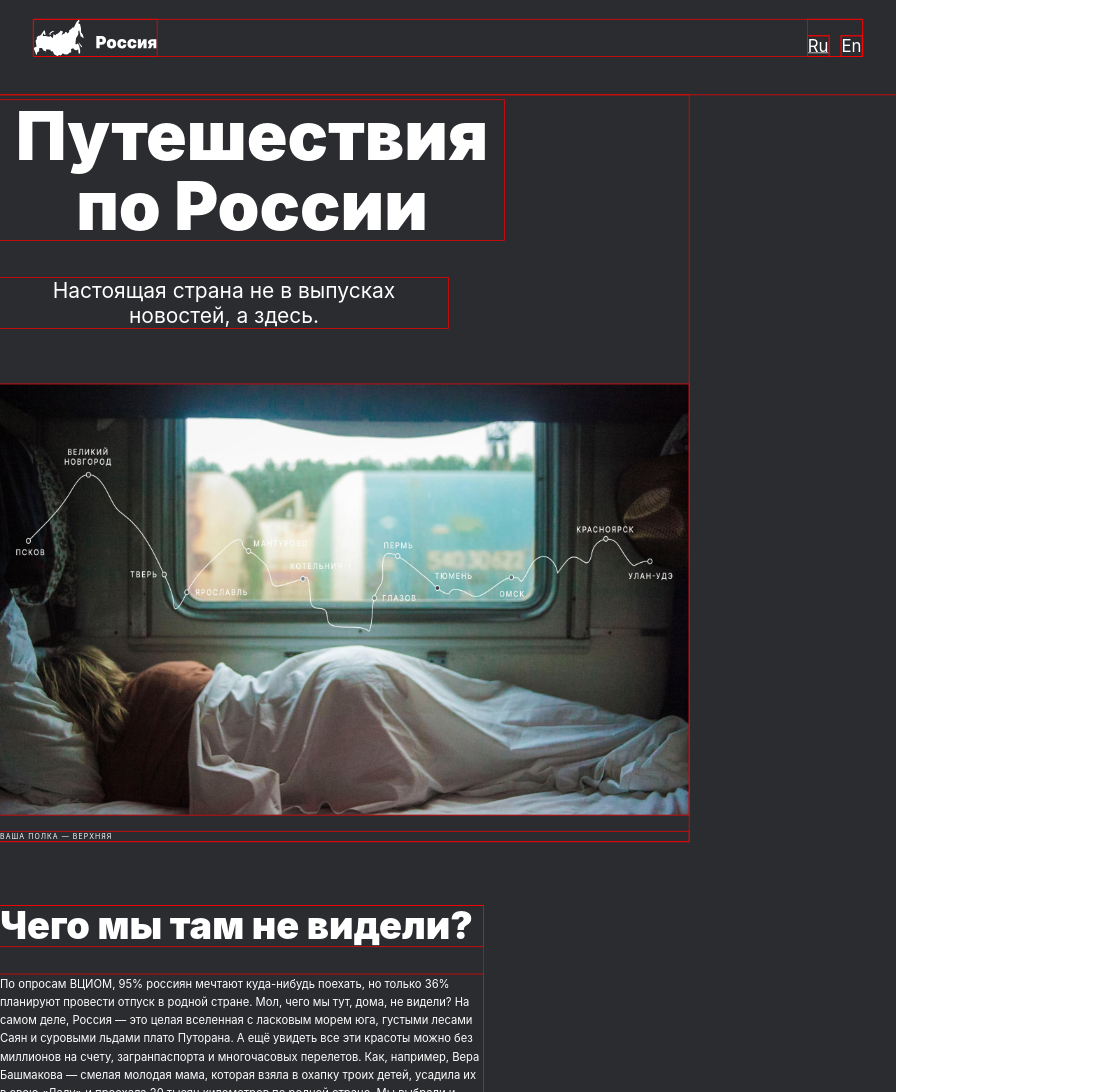
Repository: 89373611988/russia-travel
Page: index.html
An editor plug-in stored every save of this project. The page is shown before and after a run of saves, followed by the edit.
The browser window is 1280 px wide. The page is 1280 px wide, then 1584 px, so the pictures cover 1584 px, including what lies to the right of the window. The pictures show the part of the page from y = 0 to 1560 px (the page is 13418 px tall before and 13023 px after), at 70% of full size.
Some web fonts or font styles are not loaded; a fallback is used.

Above is the page before, as saved 2021-12-18 21:14:23.

### index.html
<!DOCTYPE html>
<html lang="ru">
  <head>
    <meta charset="UTF-8" />
    <meta name="viewport" content="width=device-width, initial-scale=1">
    <title>Путешествия по России</title>
    <link rel="stylesheet" href="pages/index.css" />
  </head>
  <body>
    <div class="page">
      <header class="header page__header">
        <img src="./images/header-logo.svg" alt="" class="header__logo">
        <ul class="header__list">
          <li class="header__item">
            <a href="#" target="_blank" class="header__lang-link">Ru</a>
          </li>
          <li class="header__item">
            <a href="#" target="_blank" class="header__lang-link">En</a>
          </li>
        </ul>
      </header>
      <main class="content">
        <section class="lead">
          <h1 class="lead__title">Путешествия по России</h1>
          <p class="lead__subtitle">Настоящая страна не в выпусках новостей, а здесь.</p>
          <img src="./images/lead-polka.jpg" alt="Отдых в вагоне" class="lead__image">
          <p class="lead__caption">ваша полка — верхняя</p>
        </section>

        <section class="intro page__intro">
          <h2 class="intro__title">Чего мы там не видели?</h2>
          <p class="intro__text">По опросам ВЦИОМ, 95% россиян мечтают куда-нибудь поехать, но только 36% планируют провести отпуск в родной стране. Мол, чего мы тут, дома, не видели? На самом деле, Россия — это целая вселенная с ласковым морем юга, густыми лесами Саян и суровыми льдами плато Путорана. А ещё увидеть все эти красоты можно без миллионов на счету, загранпаспорта и многочасовых перелетов. Как, например, Вера Башмакова — смелая молодая мама, которая взяла в охапку троих детей, усадила их в свою «Ладу» и проехала 20 тысяч километров по родной стране. Мы выбрали и описали некоторые интересные места, достойные вашего отпуска.</p>
          <ul class="intro__list">
            <li class="intro__item">Часовых поясов
              <span class="intro__number">11</span>
            </li>
            <li class="intro__item">Объектов природного наследия ЮНЕСКО
              <span class="intro__number">12</span>
            </li>
            <li class="intro__item">Объектов культурного наследия ЮНЕСКО
              <span class="intro__number">16</span>
            </li>
            <li class="intro__item">Природных заповедников
              <span class="intro__number">105</span>
            </li>
            <li class="intro__item">Аэропортов
              <span class="intro__number">241</span>
            </li>
          </ul>
        </section>

        <section class="photo-grid">
          <img src="./images/photo-grid-train.jpg" alt="Вид из окна вагона" class="photo-grid__item">
          <img src="./images/photo-grid-atharva-tulsi.jpg" alt="Облака в горах" class="photo-grid__item">
          <img src="./images/photo-grid-tuman.jpg" alt="Собака на сене" class="photo-grid__item">
          <img src="./images/photo-grid-sochi.jpg" alt="Туман в горах" class="photo-grid__item">
          <img src="./images/photo-grid-arisa.jpg" alt="Машина на льду" class="photo-grid__item">
          <img src="./images/photo-grid-baikal.jpg" alt="Берег Байкала" class="photo-grid__item">
          <img src="./images/photo-grid-elbrus.jpg" alt="Гора Эльбрус" class="photo-grid__item">
          <img src="./images/photo-grid-kondratiev.jpg" alt="Пешеходный переход" class="photo-grid__item">
          <img src="./images/photo-grid-kamchatka-1.jpg" alt="Горный барельеф на Камчатке" class="photo-grid__item">
          <img src="./images/photo-grid-kamchatka-2.jpg" alt="Камчатка Гора" class="photo-grid__item">
          <img src="./images/photo-grid-baikal-2.jpg" alt="Горный берг Байкала" class="photo-grid__item">
          <img src="./images/photo-grid-ergaki.jpg" alt="Горы в тумане" class="photo-grid__item">
        </section>
      </main>

      <footer class="footer">
        <ul class="footer__list">
          <li class="footer__item">
            <a href="https://yandex.ru/maps" class="footer__link">Карты</a>
          </li>
          <li class="footer__item">
            <a href="https://yandex.ru/pogoda" class="footer__link">Погода</a>
          </li>
          <li class="footer__item">
            <a href="https://rasp.yandex.ru" class="footer__link">Расписание</a>
          </li>
          <li class="footer__item">
            <a href="https://calendar.yandex.ru" class="footer__link">Календарь</a>
          </li>
          <li class="footer__item">
            <a href="https://travel.yandex.ru" class="footer__link">Путешествия</a>
          </li>
        </ul>
        <p class="footer__copyright">&copy; 2021. Эльвира Киямова</p>
      </footer>

    </div>
  </body>
</html>

### pages/index.css
@import url("../styles/normalize.css");

@import url("../blocks/page/page.css");
@import url("../blocks/page/__header/page__header.css");
@import url("../blocks/page/__intro/page__intro.css");

@import url("../blocks/header/header.css");
@import url("../blocks/header/__logo/header__logo.css");
@import url("../blocks/header/__list/header__list.css");
@import url("../blocks/header/__item/header__item.css");
@import url("../blocks/header/__lang-link/header__lang-link.css");

@import url("../blocks/content/content.css");

@import url("../blocks/lead/lead.css");
@import url("../blocks/lead/__title/lead__title.css");
@import url("../blocks/lead/__subtitle/lead__subtitle.css");
@import url("../blocks/lead/__image/lead__image.css");
@import url("../blocks/lead/__caption/lead__caption.css");

@import url("../blocks/intro/intro.css");
@import url("../blocks/intro/__title/intro__title.css");
@import url("../blocks/intro/__text/intro__text.css");
@import url("../blocks/intro/__list/intro__list.css");
@import url("../blocks/intro/__item/intro__item.css");
@import url("../blocks/intro/__number/intro__number.css");

@import url("../blocks/photo-grid/photo-grid.css");
@import url("../blocks/photo-grid/__item/photo-grid__item.css");

@import url("../blocks/footer/footer.css");
@import url("../blocks/footer/__list/footer__list.css");
@import url("../blocks/footer/__item/footer__item.css");
@import url("../blocks/footer/__link/footer__link.css");
@import url("../blocks/footer/__copyight/footer__copyight.css");

@import url("../fonts/Inter\ Web");

### blocks/page/page.css
* {
  outline-width: 1px;
  outline-style: solid;
  outline-color: red;
}

.page {
  color: #ffffff;
  background-color: #2a2c2f;
  font-family: "Inter";
  font-style: normal;
  padding: 28px 0 24px;
  -moz-osx-font-smoothing: grayscale;
  -webkit-font-smoothing: antialiased;
  -webkit-text-size-adjust: 100%;
  -ms-text-size-adjust: 100%;
  -moz-text-size-adjust: 100%;
  text-rendering: optimizeLegibility;
  display: flex;
  flex-direction: column;
  align-items: center;
}

### blocks/page/__header/page__header.css
.page__header {
  margin-bottom: 56px;
}

### blocks/page/__intro/page__intro.css
.page__intro {
  margin: 92px 0;
}

### blocks/header/header.css
.header {
  display: flex;
  flex-direction: row;
  justify-content: space-between;
  width: 1184px;
}

@media (max-width: 1200px) {
  .header {
    width: 928px;
  }
}

@media (max-width: 940px) {
  .header {
    width: 720px;
  }
}

@media (max-width: 768px) {
  .header {
    width: 720px;
  }
}

@media (max-width: 730px) {
  .header {
    width: 600px;
  }
}

@media (max-width: 640px) {
  .header {
    width: 500px;
  }
}

@media (max-width: 540px) {
  .header {
    width: 400px;
  }
}

@media (max-width: 440px) {
  .header {
    width: 300px;
  }
}

@media (max-width: 320px) {
  .header {
    width: 288px;
  }
}

### blocks/header/__logo/header__logo.css
.header__logo {
  width: 176px;
  height: 52px;
}

@media (max-width: 500px) {
  .header__logo {
    width: 142px;
    height: 42px;
  }
}

### blocks/header/__list/header__list.css
.header__list {
  display: flex;
  flex-direction: row;
  align-items: flex-end;
  padding: 0;
  margin: 0;
}

### blocks/header/__item/header__item.css
.header__item {
  list-style-type: none;
  width: 30px;
  height: 28px;
}

.header__item:first-child {
  margin-right: 18px;
  text-decoration: underline;
}

### blocks/header/__lang-link/header__lang-link.css
.header__lang-link {
  font-size: 24px;
  line-height: 28px;
  color: #fff;
  text-decoration: none;
}

@media (max-width: 500px) {
  .header__lang-link {
    font-size: 18px;
    line-height: 20px;
  }
}

### blocks/content/content.css
@media (max-width: 320px) {
  .content {
    max-width: 320px;
  }
}

### blocks/lead/lead.css
.lead {
  display: flex;
  flex-direction: column;
  align-items: center;
}

@media (max-width: 1280px) {
  .lead {
    max-width: 984px;
  }
}

@media (max-width: 1100px) {
  .lead {
    margin: 0 48px;
    max-width: 928px;
  }
}

@media (max-width: 330px) {
  .lead {
    max-width: 320px;
  }
}

@media (max-width: 1024px) {
  .lead {
    margin: 0 48px;
    max-width: 768px;
}
}

@media (max-width: 850px) {
  .lead {
    margin: 0 auto;
    max-width: 768px;
  }
}

@media (max-width: 350px) {
  .lead {
    margin: 0;
  }
}

### blocks/lead/__title/lead__title.css
.lead__title {
  font-weight: 900;
  font-size: 96px;
  line-height: 100px;
  max-width: 720px;
  text-align: center;
  align-self: center;
  margin: 0;
}

@media (max-width: 768px) {
  .lead__title {
    font-size: 70px;
    line-height: 80px;
    max-width: 500px;
  }
}

@media (max-width: 520px) {
  .lead__title {
    font-size: 50px;
    line-height: 70px;
    max-width: 400px;
  }
}

@media (max-width: 440px) {
  .lead__title {
    font-size: 45px;
    line-height: 50px;
    max-width: 330px;
  }
}

@media (max-width: 320px) {
  .lead__title {
    font-size: 40px;
    line-height: 44px;
    max-width: 288px;
  }
}

### blocks/lead/__subtitle/lead__subtitle.css
.lead__subtitle {
  font-size: 30px;
  line-height: 36px;
  align-self: center;
  margin: 32px 0 64px;
  max-width: 640px;
  text-align: center;
}

@media (max-width: 680px) {
  .lead__subtitle {
    font-size: 28px;
    line-height: 30px;
    max-width: 550px;
  }
}

@media (max-width: 575px) {
  .lead__subtitle {
    font-size: 25px;
    line-height: 30px;
    max-width: 400px;
  }
}

@media (max-width: 430px) {
  .lead__subtitle {
    font-size: 18px;
    line-height: 25px;
    max-width: 300px;
  }
}

@media (max-width: 320px) {
  .lead__subtitle {
    font-size: 16px;
    line-height: 20px;
    max-width: 288px;
  }
}

### blocks/lead/__image/lead__image.css
.lead__image {
  max-width: 984px;
  max-height: 615px;
  margin: 0 auto;
}

@media (max-width: 1100px) {
  .lead__image {
    margin: 0 48px;
    width: 100%;
  }
}

@media (max-width: 1024px) {
  .lead__image {
    margin: 0 48px;
    max-width: 768px;
  }
}

@media (max-width: 850px) {
  .lead__image {
    margin: 0;
    width: 100%;
  }
}

@media (max-width: 320px) {
  .lead__image {
    max-width: 320px;
  }
}

### blocks/lead/__caption/lead__caption.css
.lead__caption {
  font-size: 10px;
  line-height: 14px;
  letter-spacing: 1.5px;
  margin: 8px 0 0;
  text-transform: uppercase;
  align-self: flex-start;
}

@media (max-width: 768px) {
  .lead__caption {
    margin-left: 24px;
  }
}

@media (max-width: 330px) {
  .photo-grid {
    max-width: 320px;
    margin-left: 16px;
  }
}

### blocks/intro/intro.css
.intro {
  max-width: 690px;
}

@media (max-width: 1024px) {
  .intro {
    margin-left: 48px;
  }
}

@media (max-width: 768px) {
  .intro {
    max-width: 720px;
    margin-left: 24px;
    margin-right: 24px;
  }
}

@media (max-width: 320px) {
  .intro {
    max-width: 288px;
    margin-left: 16px;
    margin-right: 16px;
  }
}

### blocks/intro/__title/intro__title.css
.intro__title {
  margin: 0;
  font-weight: 900;
  font-size: 54px;
  line-height: 58px;
}

@media (max-width: 768px) {
  .intro__title {
    font-size: 40px;
    line-height: 40px;
  }
}

@media (max-width: 400px) {
  .intro__title {
    font-size: 32px;
    line-height: 35px;
  }
}

### blocks/intro/__text/intro__text.css
.intro__text {
  font-size: 16px;
  line-height: 163%;
  margin: 40px 0 33px;
}

### blocks/intro/__list/intro__list.css
.intro__list {
  margin: 0;
  padding: 0;
  font-weight: bold;
  font-size: 12px;
  line-height: 18px;
}

### blocks/intro/__item/intro__item.css
.intro__item {
  list-style-type: none;
}

### blocks/intro/__number/intro__number.css
.intro__number {
  font-weight: normal;
}

### blocks/photo-grid/photo-grid.css
.lead {
  display: grid;
  grid-template-columns: repeat(4(284px, 1fr));
  grid-template-rows: repeat(auto-fit, minmax(213px, 1fr));
  gap: 16px;
}

### blocks/photo-grid/__item/photo-grid__item.css
.photo-grid__item {
  list-style-type: none;
  width: 100%;
}

### blocks/footer/footer.css
.footer {
  width: 1184px;
  display: flex;
  flex-direction: row;
  justify-content: space-between;
}

@media (max-width: 1220px) {
  .footer {
    width: 1000px;
  }
}

@media (max-width: 1024px) {
  .footer {
    width: 928px;
  }
}

@media (max-width: 960px) {
  .footer {
    width: 800px;
  }
}

@media (max-width: 960px) {
  .footer {
    width: 800px;
  }
}

@media (max-width: 840px) {
  .footer {
    width: 750px;
  }
}

@media (max-width: 768px) {
  .footer {
    width: 720px;
  }
}

@media (max-width: 750px) {
  .footer {
    width: 186px;
    flex-direction: column;
    align-self: flex-start;
    margin-left: 16px;
  }
}

### blocks/footer/__list/footer__list.css
.footer__list {
  display: flex;
  flex-direction: row;
  padding: 0;
  margin: 0;
  font-size: 16px;
  line-height: 18px;
}

@media (max-width: 750px) {
  .footer__list {
    flex-direction: column;
    margin-bottom: 48px;
  }
}

@media (max-width: 400px) {
  .footer__list {
    font-size: 24px;
    line-height: 24px;
  }
}

### blocks/footer/__item/footer__item.css
.footer__item {
  list-style-type: none;
  margin-right: 18px;
}

@media (max-width: 750px) {
  .footer__item {
    width: 186px;
    margin-bottom: 32px;
  }
}

### blocks/footer/__link/footer__link.css
.footer__link {
  color: #fff;
  text-decoration: none;
}

.footer__link:hover {
  opacity: 0.7;
  cursor: pointer;
  transition: opacity 0.5s ease;
}

### blocks/footer/__copyight/footer__copyight.css
.footer__copyright {
  margin: 0;
  font-size: 14px;
  line-height: 16px;
}

@media (max-width: 320px) {
  .footer__copyright {
    line-height: 14px;
  }
}

Loaded but not shown: styles/normalize.css (library)

After the next 6 saves:
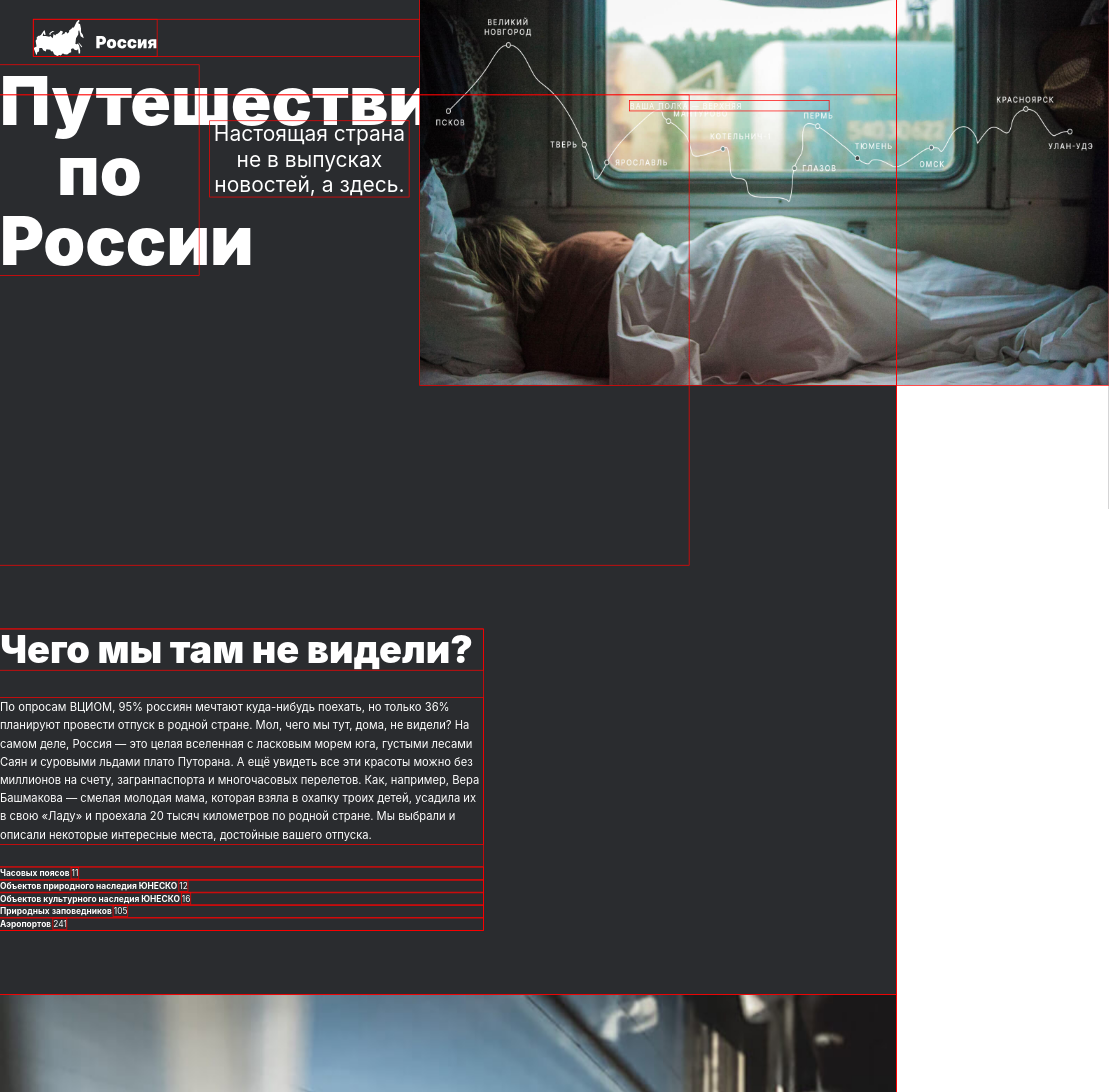
The 6 saves are shown as one change because they came seconds apart.
The last was saved 17 s later.
--- a/blocks/photo-grid/photo-grid.css
+++ b/blocks/photo-grid/photo-grid.css
@@ -1,6 +1,6 @@
 .lead {
   display: grid;
-  grid-template-columns: repeat(4(284px, 1fr));
-  grid-template-rows: repeat(auto-fit, minmax(213px, 1fr));
+  grid-template-columns: repeat(4, 284px);
+  grid-template-rows: repeat(3, 213px);
   gap: 16px;
 }
